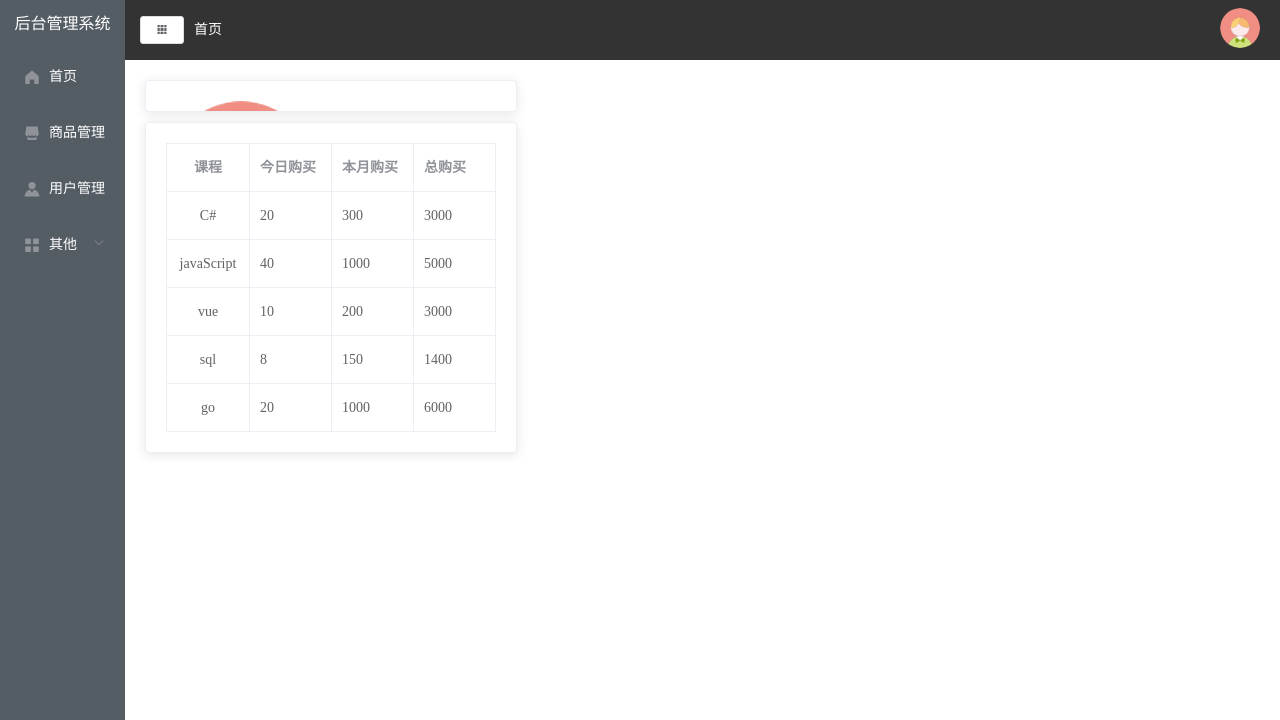
Repository: tkqi/manage
Page: /
The author's editor kept a copy of each file at every save. The page is drawn from the files as they stood at one save, then again after the next save.
The browser window is 1280 px wide. The pictures show the whole page.
The project was rebuilt for these pictures with package versions that can differ from the ones it lists, and the page was loaded fresh each time. Also part of the build but not shown: vue.config.js.

Above is the page before, as saved 2023-12-03 16:54:49.

After the next save:
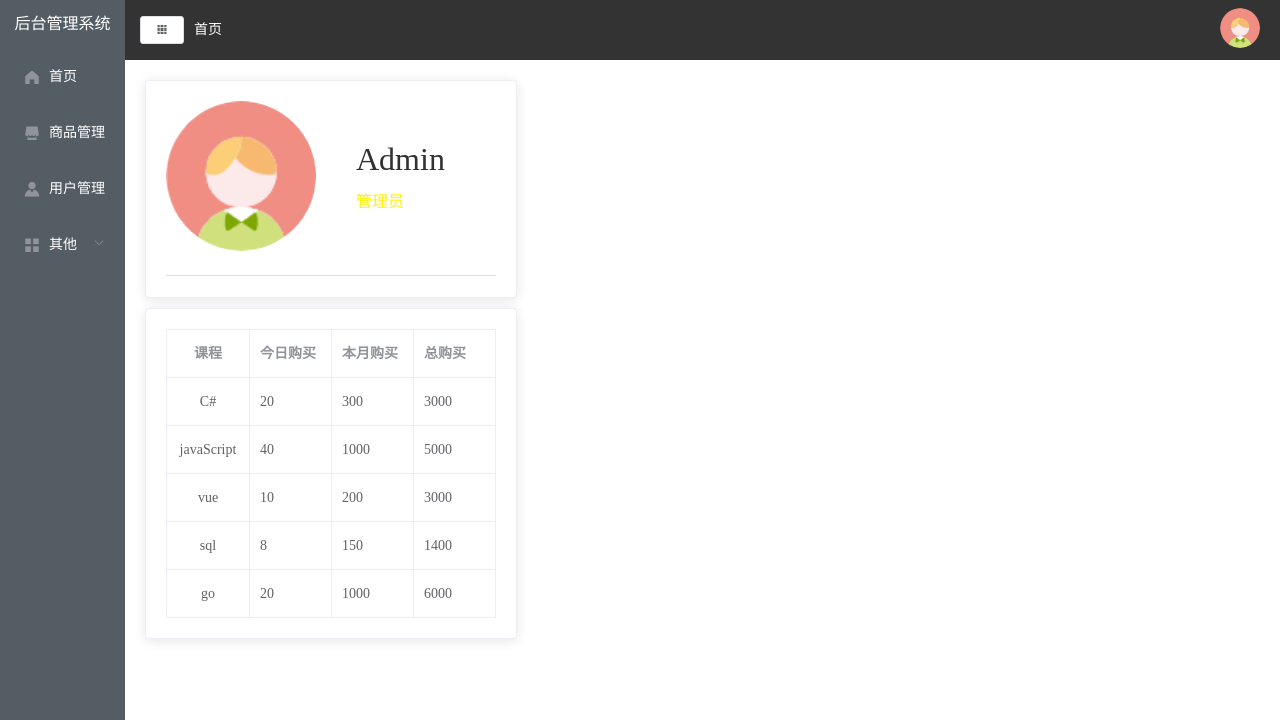
Saved 8 s later.
--- a/src/views/Home.vue
+++ b/src/views/Home.vue
@@ -79,7 +79,7 @@ export default {
 </script>
 <style lang="less" scoped>
 .box-card {
-    height: 30px;
+    height: 30vh;
     .user {
         display: flex;
         align-items: center;
